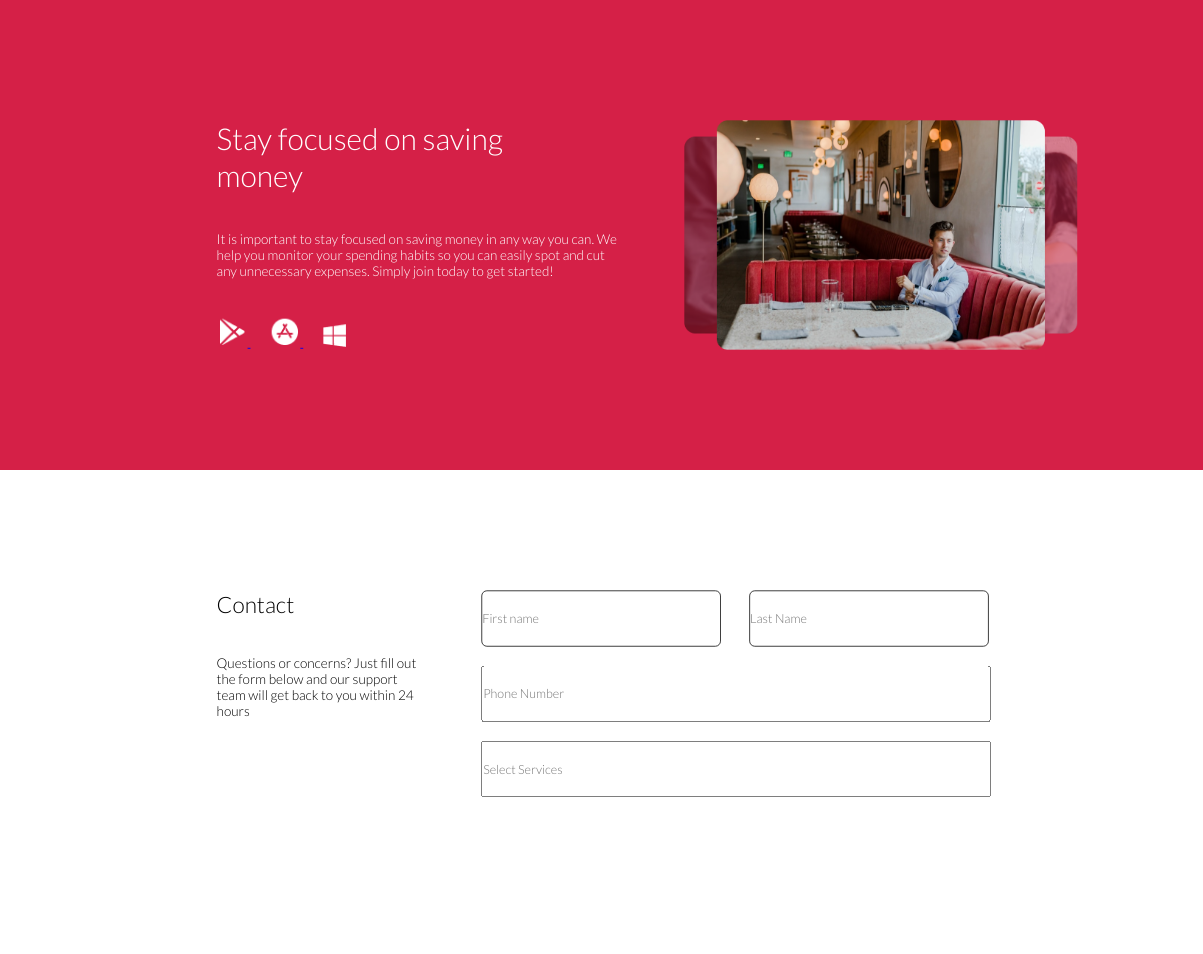
Repository: batonAnton/Cursor_lecture4
Page: index.html
These files come from the project's save history. The page is drawn as it stood at one moment and after the next save; the edit follows.
The browser window is 1280 px wide. The pictures show the whole page, at 94% of full size.

Above is the page before, as saved 2022-06-09 14:27:03.

After the next save:
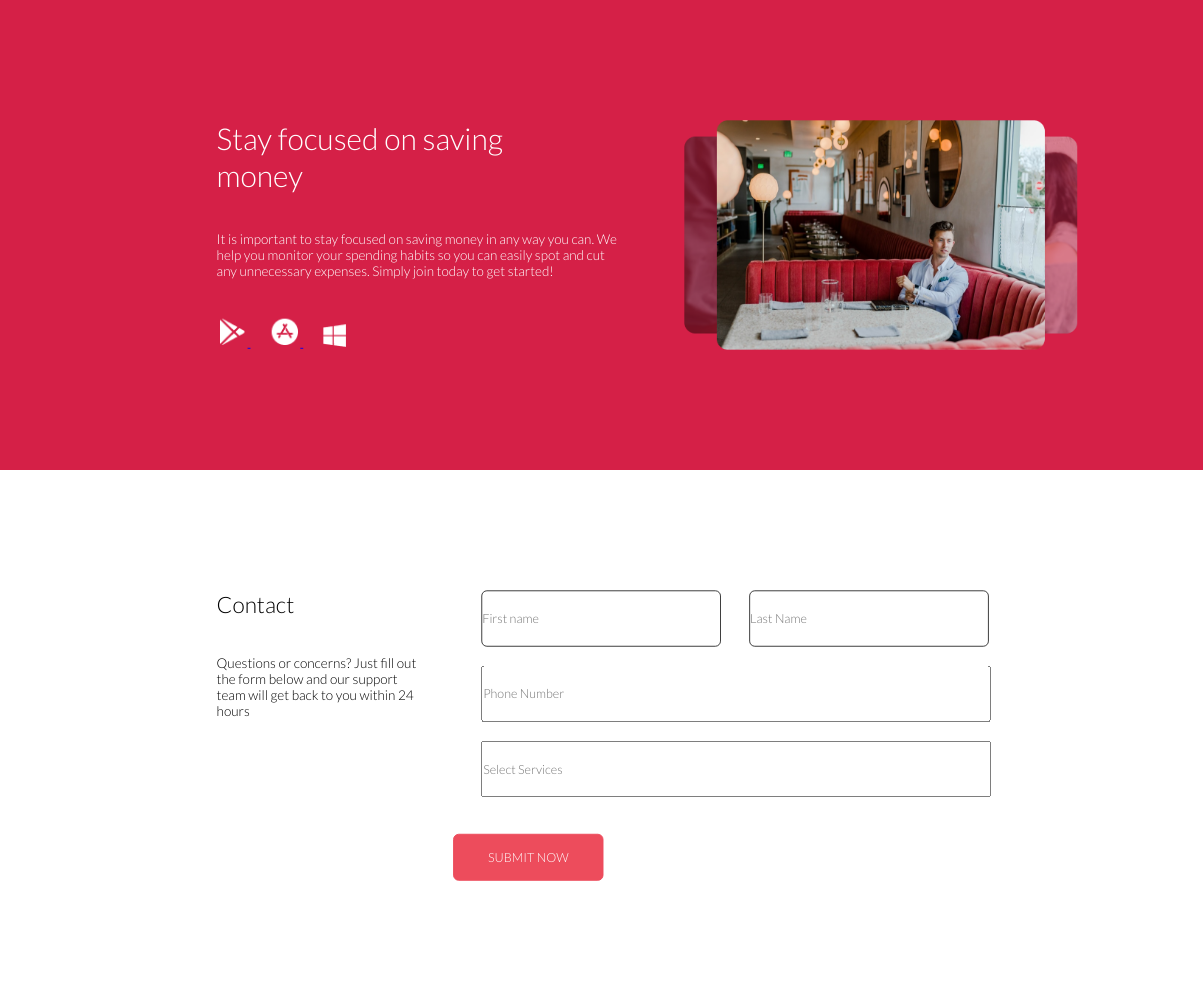
Saved 3 min 26 s later.
--- a/index.html
+++ b/index.html
@@ -54,6 +54,7 @@
                     <option value="Service4">
                     <option value="Service5">
                 </datalist>
+                <button>submit now</button>
               </form>
         </div>
     </section>
